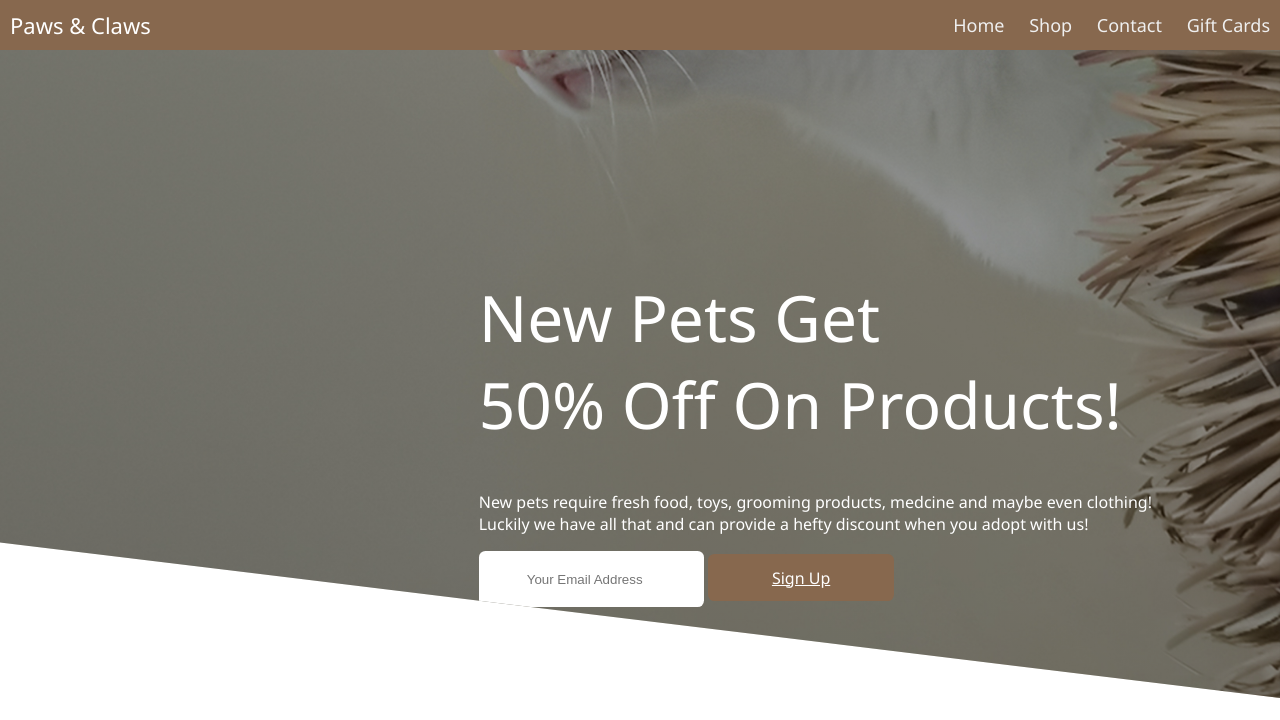
Repository: LtGriff/petProject
Page: dist/about.html
An editor plug-in stored every save of this project. The page is shown before and after a run of saves, followed by the edit.
The browser window is 1280 px wide. The pictures show the whole page.

Above is the page before, as saved 2022-05-19 07:36:57.

### dist/about.html
<!DOCTYPE html>
<html lang="en">
<head>
    <meta charset="UTF-8">
    <meta http-equiv="X-UA-Compatible" content="IE=edge">
    <meta name="viewport" content="width=device-width, initial-scale=1.0">
    <link rel="stylesheet" type="text/css" href="../CSS/about.css">
    <title>About the Animal House</title>
</head>
<body>
<!-------------NAV***************BAR----------------------->

    <div class="nav">
        <input type="checkbox" id="nav-check">
        <div class="nav-header">
          <div class="nav-title">
            Paws & Claws
          </div>
        </div>
        <div class="nav-btn">
          <label for="nav-check">
            <span></span>
            <span></span>
            <span></span>
          </label>
        </div>

        <div class="nav-links">
          <a href="index.html" target="">Home</a>
          <a href="shop.html" target="_blank">Shop</a>
          <a href="contact.html" target="_blank">Contact</a>
          <a href="giftcard.html" target="_blank">Gift Cards</a>
        </div>
      </div>

    <!-------------NAV*******BAR********END----------------------->


 <!------------------HEADER*******SECTION---------------------->


 <div class="dogfield"></div>

 <header id="header-section">
  <div class="header-text container">
      <h1>New Pets Get <br> 50%  Off On Products!</h1>
      <p>
         New pets require fresh food, toys, grooming products, medcine and maybe even clothing!<br> Luckily we have all that and can provide a hefty discount when you adopt with us!
      </p>
      <input id="userInput" type="email" placeholder="Your Email Address" required>
      <a class="cta" href="#">Sign Up</a>
      <p id="error">Please provide a valid email address</p>
  </div>
</header>










</body>
</html>

### dist/CSS/about.css
/** NAV BAR **/

* {
    box-sizing: border-box;
  }

  body {
    margin: 0px;
    font-family: 'segoe ui';
  }

  .nav {
    height: 50px;
    width: 100%;
    background-color: #87684e;

  /**
    opacity: .5;
    filter: alpha(opacity=50);
    position: relative;**/
    /* z-index: ; */


    box-shadow:
    0 2.8px 2.2px rgba(0, 0, 0, 0.034),
    0 6.7px 5.3px rgba(0, 0, 0, 0.048),
    0 12.5px 10px rgba(0, 0, 0, 0.06),
    0 22.3px 17.9px rgba(11, 4, 4, 0.072),
    0 41.8px 33.4px rgba(0, 0, 0, 0.086),
    0 100px 80px rgba(0, 0, 0, 0.12);
  }

  .nav > .nav-header {
    display: inline;
  }

  .nav > .nav-header > .nav-title {
    display: inline-block;
    font-size: 22px;
    color: #fff;
    padding: 10px 10px 10px 10px;
  }

  .nav > .nav-btn {
    display: none;
  }

  .nav > .nav-links {
    display: inline;
    float: right;
    z-index: 9;
    font-size: 18px;
  }

  .nav > .nav-links > a {
    display: inline-block;
    padding: 13px 10px 13px 10px;
    text-decoration: none;
    color: #efefef;
  }

  .nav > .nav-links > a:hover {
    background-color: rgba(0, 0, 0, 0.3);
  }

  .nav > #nav-check {
    display: none;
  }


 /** HEADER SECTION **/

#header-section{
    height: 90vh;
    background-image: linear-gradient(
        to left bottom,
        rgba(0, 0, 0, 0.4),
        rgba(0, 0, 0, 0.5)),
    url("../img/catcreeping.jpg");

    background-attachment: fixed;
    background-size: cover;
    background-position: bottom right;
    position: relative;
    object-fit: scale-down;
    clip-path: polygon(0% 0%,100% 0%,100% 100%,0% 76%);

  }



  .header-text {
    position: absolute;
    top: 28%;
    right: 10%;
    color: #ffffff;
  }

  .header-text h1 {
    font-size: 4rem;
    font-weight: 500;
  }

  .header-text p {
    margin-bottom: 1rem;
  }

  #header-section input {
    width: 225px;
    height: 3.5rem;
    border-radius: 0.4rem;
    border: none;
    padding: 0.5rem 3rem;
  }

  .cta {
    background-color: #87684e;
    padding: 0.8rem 4rem;
    border-radius: 0.4rem;
    color: #fff;
    font-weight: 400;
  }

  .cta:hover {
    transform: translateY(-3px);
    box-shadow: 0 1rem 2rem rgba(0, 0, 0, .2);
  }

  .cta:active {
    transform: translateY(-1px);
    box-shadow: 0 .5rem 1rem rgba(0, 0, 0, .2);
  }

  .cta::after {
    content: "";
    display: inline-block;
    height: 100%;
    width: 100%;
    border-radius: 10rem;
    position: absolute;
    top: 0;
    left: 0;
    z-index: -1;
    transition: all .4s;
  }

  .cta:hover::after {
    transform: scaleX(1.4) scaleY(1.6);
    opacity: 0;
  }

  #error {
    color: red;
    font-weight: 600;
    display: none;
    margin-top: 1rem;
    transition: all 0.5s ease-in;
  }

@media (max-width:600px) {
    .nav > .nav-btn {
      display: inline-block;
      position: absolute;
      right: 0px;
      top: 0px;
    }
    .nav > .nav-btn > label {
      display: inline-block;
      width: 50px;
      height: 50px;
      padding: 13px;
    }
    .nav > .nav-btn > label:hover,.nav  #nav-check:checked ~ .nav-btn > label {
      background-color: rgba(0, 0, 0, 0.3);
    }
    .nav > .nav-btn > label > span {
      display: block;
      width: 25px;
      height: 10px;
      border-top: 2px solid #eee;
    }
    .nav > .nav-links {
      position: absolute;
      display: block;
      width: 100%;
      background: rgb(234,212,189);
      background: linear-gradient(7deg, rgba(234,212,189,1) 0%, rgba(204,175,140,1) 24%, rgba(191,161,124,1) 64%, rgba(135,104,78,1) 98%);
      height: 0px;
      transition: all 0.3s ease-in;
      overflow-y: hidden;
      top: 50px;
      left: 0px;
    }
    .nav > .nav-links > a {
      display: block;
      width: 100%;
    }
    .nav > #nav-check:not(:checked) ~ .nav-links {
      height: 0px;
    }
    .nav > #nav-check:checked ~ .nav-links {
      height: calc(28vh - 50px);
      overflow-y: auto;
    }

  }

After the next 8 saves:
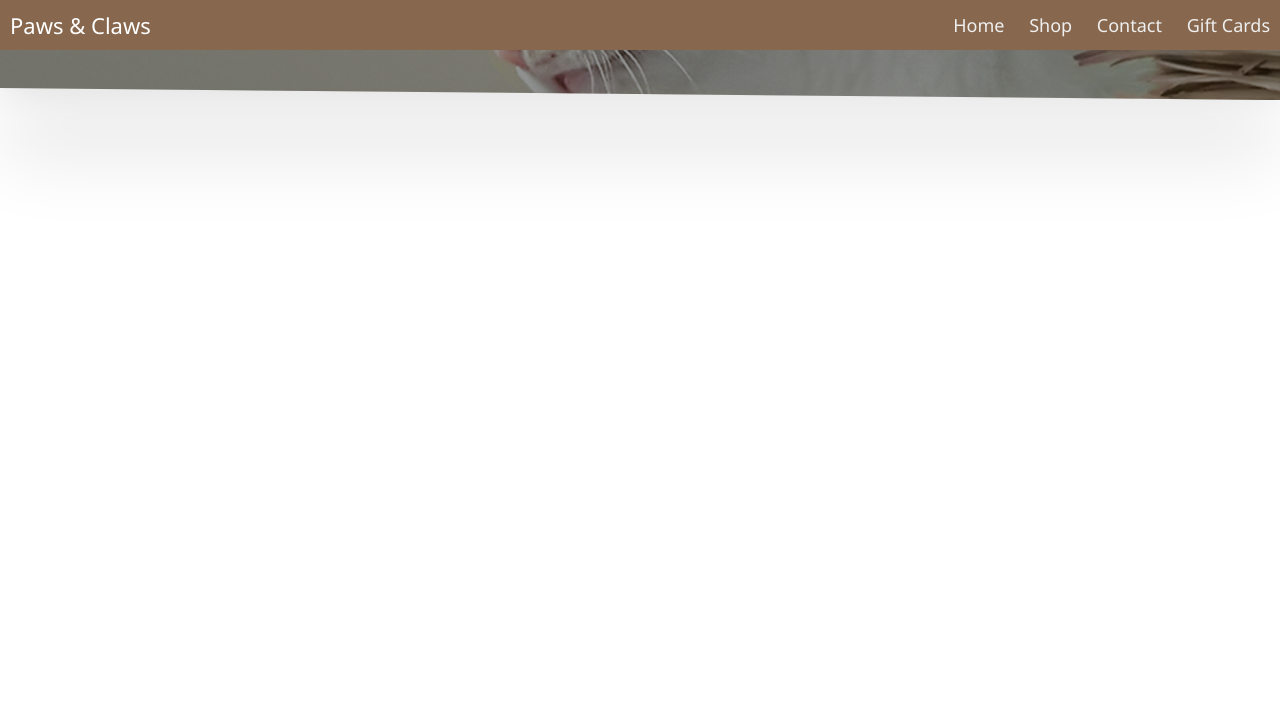
The 8 saves are shown as one change because they came seconds apart.
The last was saved 15 s later.
--- a/dist/CSS/about.css
+++ b/dist/CSS/about.css
@@ -77,7 +77,8 @@
         rgba(0, 0, 0, 0.4),
         rgba(0, 0, 0, 0.5)),
     url("../img/catcreeping.jpg");
-
+    height: 50px;
+    width: 100%;
     background-attachment: fixed;
     background-size: cover;
     background-position: bottom right;

After the 2 saves that followed:
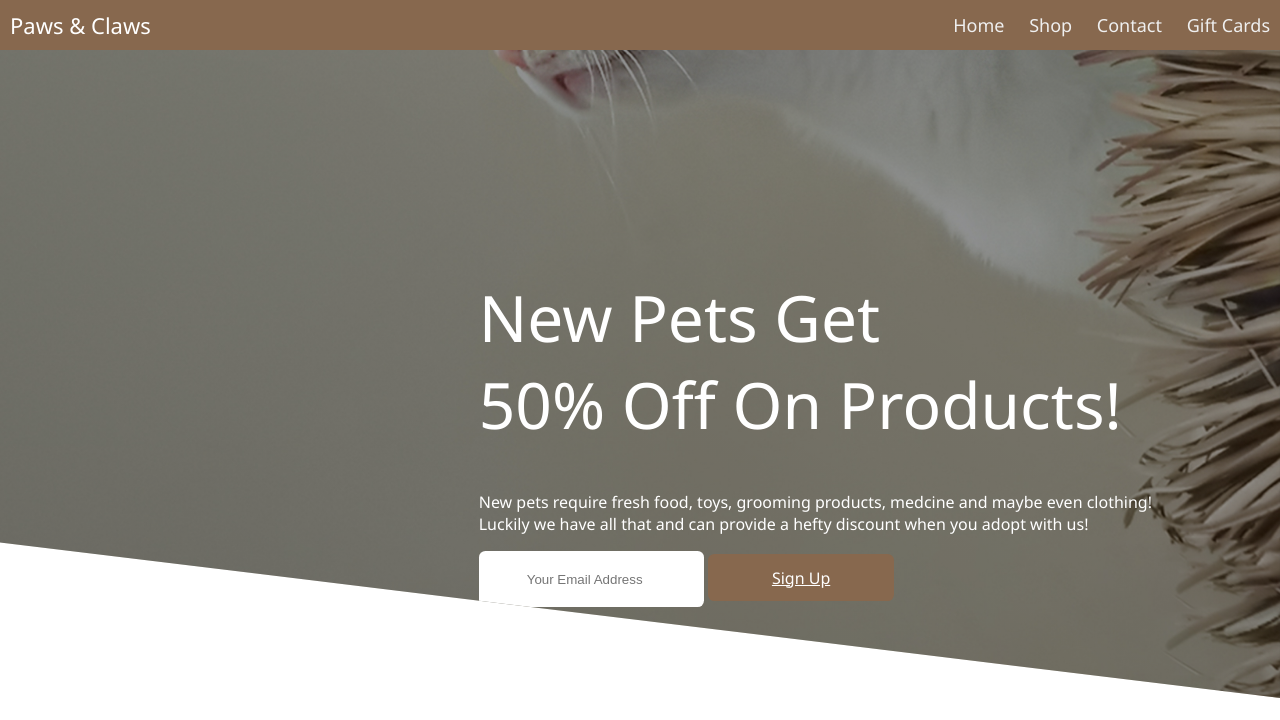
The 2 saves are shown as one change because 1 left the picture as it was.
The last was saved 18 s later.
--- a/dist/CSS/about.css
+++ b/dist/CSS/about.css
@@ -77,8 +77,6 @@
         rgba(0, 0, 0, 0.4),
         rgba(0, 0, 0, 0.5)),
     url("../img/catcreeping.jpg");
-    height: 50px;
-    width: 100%;
     background-attachment: fixed;
     background-size: cover;
     background-position: bottom right;
